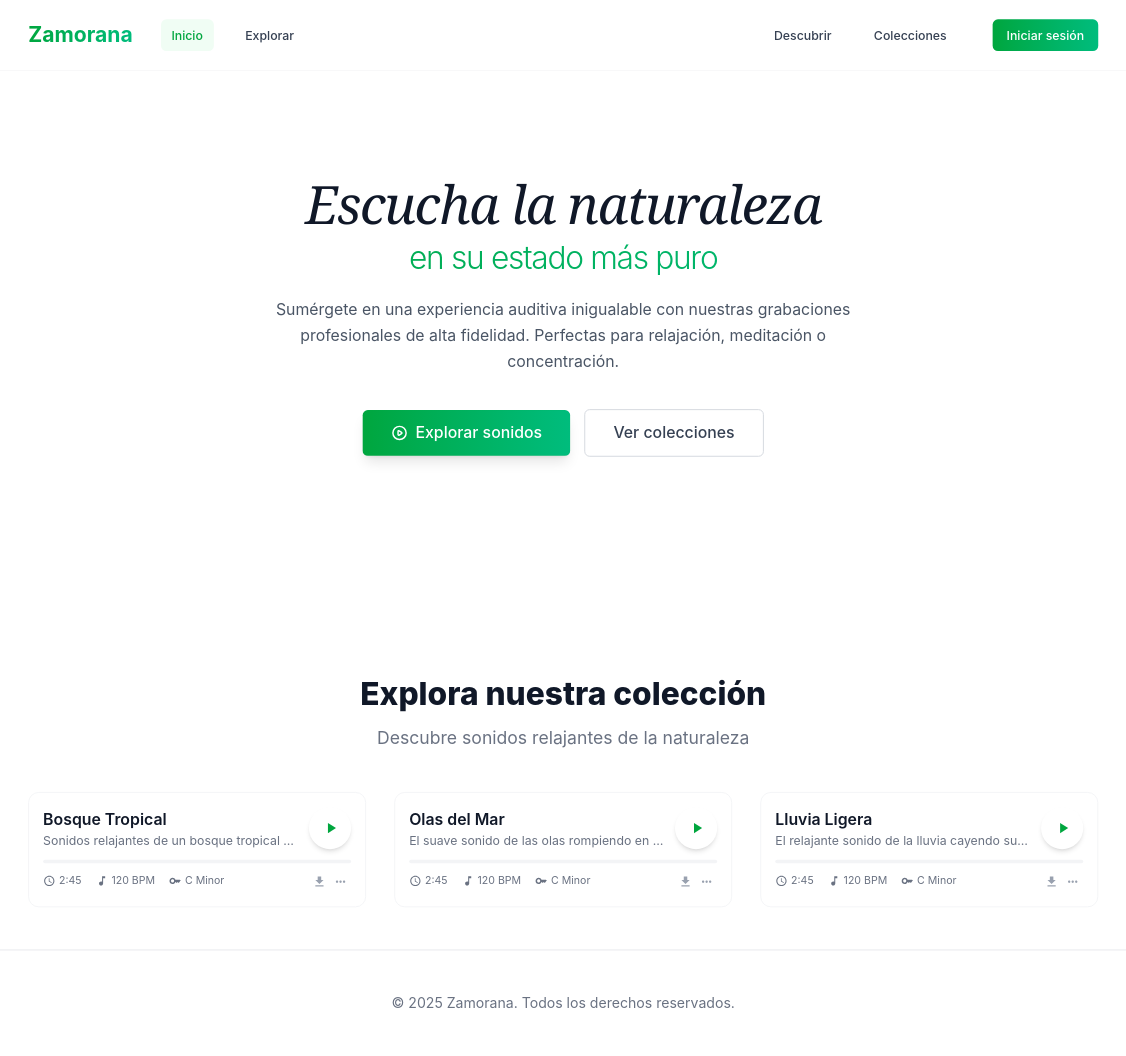
Repository: Alxre98/Zamorana
Page: /
An editor plug-in stored every save of this project. The page is shown before and after the next save, followed by the edit.
The browser window is 1280 px wide. The pictures show the whole page, at 88% of full size.
The project was rebuilt for these pictures with package versions that can differ from the ones it lists, and the page was loaded fresh each time. The framework's server and built-in components were replaced by stand-ins that run in the browser. Also part of the build but not shown: next.config.ts, src/components/molecules/Navigation/index.tsx.

Above is the page before, as saved 2025-06-13 06:16:56.

After the next save:
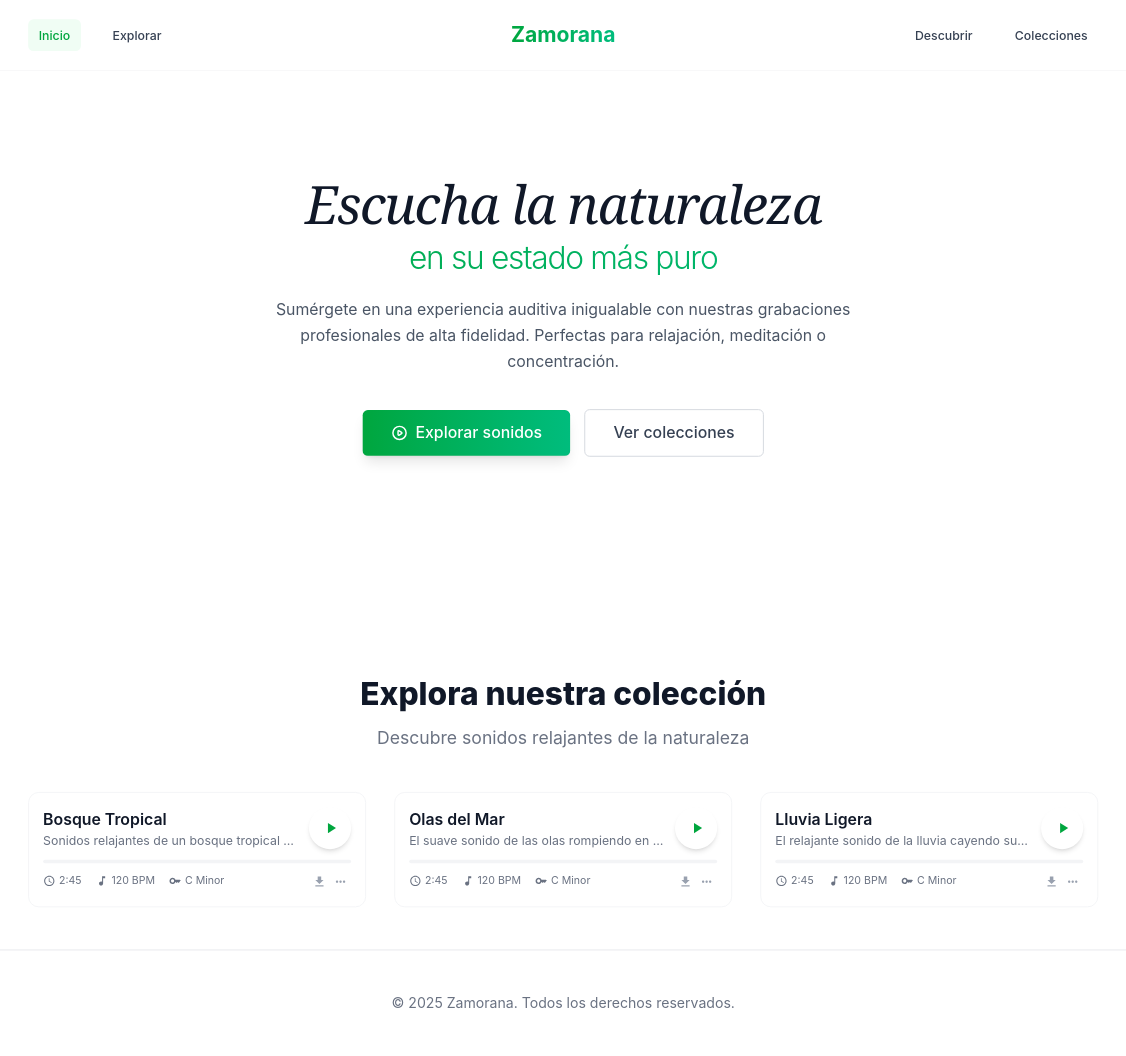
Saved 26 min 51 s later.
--- a/src/components/organisms/Header/index.tsx
+++ b/src/components/organisms/Header/index.tsx
@@ -23,34 +23,33 @@
     <header className="fixed w-full z-50 bg-white/80 backdrop-blur-sm border-b border-gray-100">
       <div className="max-w-7xl mx-auto px-4 sm:px-6 lg:px-8">
         <div className="flex justify-between items-center h-20">
-          {/* Left Section */}
-          <div className="flex items-center space-x-8">
-            {/* Logo */}
+          {/* Left Navigation */}
+          <nav className="hidden md:flex items-center space-x-6">
+            {leftNavItems.map((item) => (
+              <Link
+                key={item.name}
+                href={item.href}
+                className={`text-sm font-medium transition-colors px-3 py-2 rounded-md ${
+                  pathname === item.href
+                    ? "text-green-600 bg-green-50"
+                    : "text-gray-700 hover:text-green-600"
+                }`}
+              >
+                {item.name}
+              </Link>
+            ))}
+          </nav>
+
+          {/* Centered Logo */}
+          <div className="absolute left-1/2 transform -translate-x-1/2">
             <Link href="/" className="flex items-center">
               <span className="text-2xl font-bold bg-gradient-to-r from-green-600 to-emerald-500 bg-clip-text text-transparent">
                 Zamorana
               </span>
             </Link>
-
-            {/* Left Navigation - Desktop */}
-            <nav className="hidden md:flex items-center space-x-6">
-              {leftNavItems.map((item) => (
-                <Link
-                  key={item.name}
-                  href={item.href}
-                  className={`text-sm font-medium transition-colors px-3 py-2 rounded-md ${
-                    pathname === item.href
-                      ? "text-green-600 bg-green-50"
-                      : "text-gray-700 hover:text-green-600"
-                  }`}
-                >
-                  {item.name}
-                </Link>
-              ))}
-            </nav>
           </div>
 
-          {/* Right Navigation - Desktop */}
+          {/* Right Navigation */}
           <nav className="hidden md:flex items-center space-x-6">
             {rightNavItems.map((item) => (
               <Link
@@ -65,42 +64,37 @@
                 {item.name}
               </Link>
             ))}
-            <button className="ml-4 px-4 py-2 text-sm font-medium text-white bg-gradient-to-r from-green-600 to-emerald-500 rounded-md hover:opacity-90 transition-opacity">
-              Iniciar sesión
-            </button>
           </nav>
 
-          {/* Mobile menu button */}
-          <div className="md:hidden flex items-center">
+          {/* Mobile menu button and logo */}
+          <div className="md:hidden flex items-center justify-between w-full">
             <button
               onClick={() => setIsMenuOpen(!isMenuOpen)}
-              className="p-2 -mr-2 text-gray-700 hover:text-green-600 transition-colors rounded-md"
+              className="p-2 text-gray-700 hover:text-green-600 transition-colors rounded-md"
               aria-label={isMenuOpen ? "Cerrar menú" : "Abrir menú"}
-              aria-expanded={isMenuOpen ? "true" : "false"}
-              aria-controls="mobile-menu"
-              type="button"
+              aria-expanded={isMenuOpen}
             >
-              <span className="sr-only">
-                {isMenuOpen ? "Cerrar menú" : "Abrir menú"}
-              </span>
               {isMenuOpen ? (
-                <Icon name="Close" className="h-6 w-6" aria-hidden="true" />
+                <Icon name="X" className="w-6 h-6" />
               ) : (
-                <Icon name="Menu" className="h-6 w-6" aria-hidden="true" />
+                <Icon name="Menu" className="w-6 h-6" />
               )}
             </button>
+
+            <Link
+              href="/"
+              className="absolute left-1/2 transform -translate-x-1/2"
+            >
+              <span className="text-2xl font-bold bg-gradient-to-r from-green-600 to-emerald-500 bg-clip-text text-transparent">
+                Zamorana
+              </span>
+            </Link>
           </div>
         </div>
 
         {/* Mobile menu */}
         {isMenuOpen && (
-          <div
-            className={`md:hidden transition-all duration-300 ease-in-out ${
-              isMenuOpen
-                ? "opacity-100 h-auto"
-                : "opacity-0 h-0 overflow-hidden"
-            }`}
-          >
+          <div className="md:hidden transition-all duration-300 ease-in-out">
             <div className="px-4 pt-2 pb-4 space-y-1 bg-white border-t border-gray-100">
               {/* Left Navigation - Mobile */}
               <div className="space-y-1">
